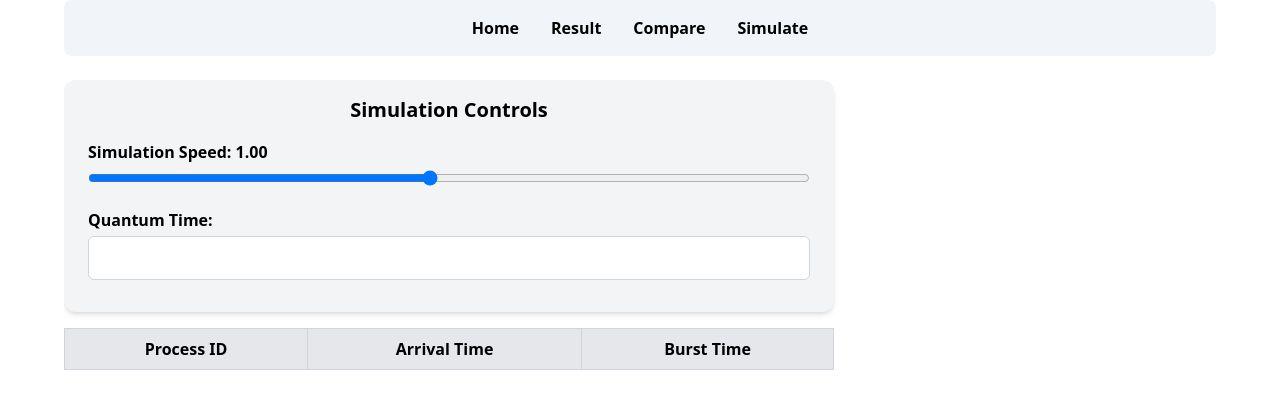
Repository: ujjwalkathait/Process_Scheduler
Page: /simulate
These files come from the project's save history. The page is drawn as it stood at one moment and after the next save; the edit follows.
The browser window is 1280 px wide. The pictures show the whole page.
The project was rebuilt for these pictures with package versions that can differ from the ones it lists, and the page was loaded fresh each time. Also part of the build but not shown: vite.config.js, src/components/CompareAlgorithmsChart.jsx, src/components/GanttChart.jsx, src/components/GanttChartTable.jsx, src/helpers/ComputeStatistics.js, src/algorithms/FCFS.js, src/algorithms/SJF.js, src/algorithms/Priority.js and 15 more.

Above is the page before, as saved 2025-05-16 08:44:36.

### index.html
<!doctype html>
<html lang="en">
  <head>
    <meta charset="UTF-8" />
    <link rel="icon" type="image/svg+xml" href="./src/assets/scheduling_favicon.jpeg" />
    <meta name="viewport" content="width=device-width, initial-scale=1.0" />
    <title>CPU Scheduling Algorithms Visualization</title>
  </head>
  <body>
    <div id="root"></div>
    <script type="module" src="/src/main.jsx"></script>
  </body>
</html>

### src/main.jsx
import ReactDOM from 'react-dom/client';
import { BrowserRouter } from 'react-router-dom';
import App from './App';
import React from 'react';
import './index.css';

ReactDOM.createRoot(document.getElementById('root')).render(
  <React.StrictMode>
    <App />
  </React.StrictMode>,
)

### src/App.jsx
import React, { useState } from 'react';
import { ToastContainer } from 'react-toastify';
import 'react-toastify/dist/ReactToastify.css';
import Compare from './pages/Compare';
import Home from './pages/Home';
import Result from './pages/Result';
import { Link, Route, BrowserRouter as Router, Routes } from 'react-router-dom';
import { ProcessProvider } from './context/ProcessContext';
import Simulate from './pages/Simulate';

function App() {

  return (
    <ProcessProvider>
      <Router>
        <div className="overflow-x-hidden mx-[5%] mb-[1rem]">
          <nav className="flex justify-center gap-8 p-4 bg-slate-100 rounded-lg">
            <Link to="/" className="font-semibold hover:underline">Home</Link>
            <Link to="/result" className="font-semibold hover:underline">Result</Link>
            <Link to="/compare" className="font-semibold hover:underline">Compare</Link>
            <Link to="/simulate" className="font-semibold hover:underline">Simulate</Link>
          </nav>
          <ToastContainer />
          <Routes>
            <Route path="/" element={<Home />} />
            <Route path="/result" element={<Result />} />
            <Route path="/compare" element={<Compare />} />
            <Route path="/simulate" element={<Simulate />} />

          </Routes>
        </div>
      </Router>
    </ProcessProvider>
  );
}

export default App

### src/index.css
@tailwind base;
@tailwind components;
@tailwind utilities;

input[type="number"] {
  @apply border border-gray-300 rounded-md;
  width: 100%;
  text-align: center;
  font-size: 1.1rem;
}

input[type="radio"] {
  @apply border border-gray-300 rounded-md;
  text-align: center;
  width: 30px;
  margin-top: 0.7rem;
}

.simulate {
  /* background: rgb(49,151,168); */
  letter-spacing: 0.15rem;
  font-weight: 900;
  font-size: 1rem;
}

.reset {
  letter-spacing: 0.08rem;
}

### src/context/ProcessContext.jsx
import React, { createContext, useState } from 'react';

export const ProcessContext = createContext();

export const ProcessProvider = ({ children }) => {
  const [arrivalTime, setArrivalTime] = useState();
  const [burstTime, setBurstTime] = useState();
  const [processId, setProcessID] = useState(1);
  const [processes, setProcesses] = useState([]);
  const [newProcesses, setUpdatedProcesses] = useState([]);
  const [updatedProcesses, setAnotherUpdatedProcesses] = useState([]);
  const [selectedAlgorithm, setSelectedAlgorithm] = useState(0);
  const [priority, setPriority] = useState();
  const [executed, setExecuted] = useState(false);
  const [statisticsData, setStatisticsData] = useState([]);

  const value = {
    arrivalTime,
    burstTime,
    processId,
    processes,
    newProcesses,
    updatedProcesses,
    selectedAlgorithm,
    priority,
    executed,
    statisticsData,
    setArrivalTime,
    setBurstTime,
    setProcessID,
    setProcesses,
    setUpdatedProcesses,
    setAnotherUpdatedProcesses,
    setSelectedAlgorithm,
    setPriority,
    setExecuted,
    setStatisticsData
  };

  return (
    <ProcessContext.Provider value={value}>
      {children}
    </ProcessContext.Provider>
  );
};

### src/pages/Simulate.jsx
import React, { useContext, useState } from 'react';
import { ProcessContext } from '../context/ProcessContext';
import InputTable from '../components/InputTable';
import SimulationControls from '../components/SimulationControls';

export default function Simulate() {
  const {
      processes,
      selectedAlgorithm,
    } = useContext(ProcessContext);
  const [simulationSpeed, setSimulationSpeed] = useState(1.0);
  const [timeQuantum, setTimeQuantum] = useState();

  const handleSimulate = () => { /* start simulation logic */ };
  const handlePause = () => { /* pause simulation logic */ };
  const handleForward = () => { /* forward step logic */ };
  const handleBack = () => { /* backward step logic */ };
  const handleExit = () => { /* cleanup / reset logic */ };

  return (
    <div className="w-full bg-white my-6 flex flex-row gap-10">
      <div className="space-y-4 col-span-1">
        <SimulationControls
          simulationSpeed={simulationSpeed}
          setSimulationSpeed={setSimulationSpeed}
          timeQuantum={timeQuantum}
          setTimeQuantum={setTimeQuantum}
        />
        <InputTable
          processes={processes}
          selectedAlgorithm={selectedAlgorithm}
        />
        {/* <ReadyQueue />
        <div className="space-y-2">
          <CPUStatus status="Idle" algorithm={selectedAlgorithm} />
          <StatsPanel stats={statisticsData} />
        </div> */}
      </div>

      {/* Right Panel */}
      {/* <div className="col-span-2 space-y-4">
        <NavigationButtons />
        <ProcessList />
        <GanttChart />
      </div> */}
    </div>
  );
}

### src/components/InputTable.jsx
import React from 'react'

const InputTable = ({selectedAlgorithm , processes}) => {
    let usesPriority = (selectedAlgorithm === 3 || selectedAlgorithm === 4 || selectedAlgorithm === 7);
  return (
    <table className="w-full border-collapse border border-gray-300 text-center">
        <thead>
            <tr className="bg-gray-200">
            <th className="border border-gray-300 px-4 py-2">Process ID</th>
            <th className="border border-gray-300 px-4 py-2">Arrival Time</th>
            <th className="border border-gray-300 px-4 py-2">Burst Time</th>
            {usesPriority && (
                <th className="border border-gray-300 px-4 py-2">Priority</th>
            )}
            </tr>
        </thead>
        <tbody>
            {processes.map((process, index) => (
            <tr key={process.processId} className="bg-white">
                <td className="border border-gray-300 px-4 py-2">P{index+1}</td>
                <td className="border border-gray-300 px-4 py-2">{process.arrivalTime}</td>
                <td className="border border-gray-300 px-4 py-2">{process.burstTime}</td>
                {usesPriority && (
                <td className="border border-gray-300 px-4 py-2">{process.priority}</td>
                )}
            </tr>
            ))}
        </tbody>
    </table>
  )
}

export default InputTable

### src/components/SimulationControls.jsx
import React, { useState } from 'react';

const SimulateControls = ({
  simulationSpeed,
  setSimulationSpeed,
  timeQuantum,
  setTimeQuantum,
//   onSimulate,
//   onPause,
//   onForward,
//   onBack,
//   onExit,
}) => {
  return (
    <div className="bg-gray-100 w-[770px] px-6 py-4 rounded-xl shadow-md">
      <h2 className="text-xl font-bold text-center mb-4">Simulation Controls</h2>

      {/* Simulation Speed Slider */}
      <div className="mb-4">
        <label className="block font-semibold mb-1">Simulation Speed: {simulationSpeed.toFixed(2)}</label>
        <input
          type="range"
          min="0.1"
          max="2.0"
          step="0.01"
          value={simulationSpeed}
          onChange={(e) => setSimulationSpeed(parseFloat(e.target.value))}
          className="w-full"
        />
      </div>

      {/* Quantum Time Input */}
      <div className="mb-4">
        <label className="block font-semibold mb-1">Quantum Time:</label>
        <input
          type="number"
          min="1"
          value={timeQuantum}
          onChange={(e) => setTimeQuantum(Number(e.target.value))}
          className="w-full p-2 border rounded"
        />
      </div>

      {/* Buttons */}
      {/* <div className="grid grid-cols-3 gap-4 mt-4">
        <button onClick={onPause} className="bg-yellow-600 hover:bg-yellow-700 text-white font-bold py-2 rounded">
          Pause
        </button>
        <button onClick={onBack} className="bg-gray-500 hover:bg-gray-600 text-white font-bold py-2 rounded">
          Back
        </button>
        <button onClick={onSimulate} className="bg-green-600 hover:bg-green-700 text-white font-bold py-2 rounded">
          Simulate
        </button>
        <button onClick={onForward} className="bg-blue-600 hover:bg-blue-700 text-white font-bold py-2 rounded">
          Forward
        </button>
        <button onClick={onExit} className="bg-red-600 hover:bg-red-700 text-white font-bold py-2 rounded col-span-2">
          Exit
        </button>
      </div> */}
    </div>
  );
};

export default SimulateControls;

Loaded but not shown: tailwind.config.js (common file)

After the next save:
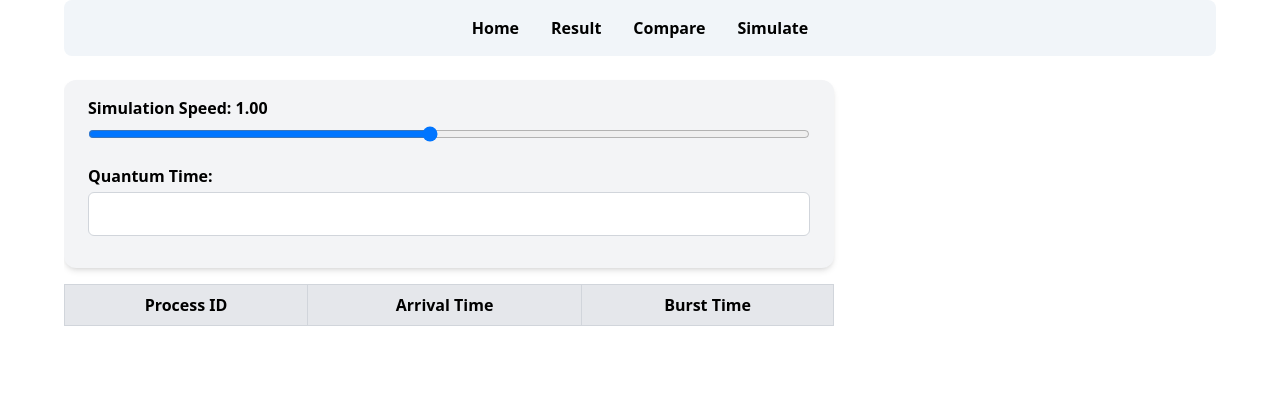
Saved 31 s later.
--- a/src/components/SimulationControls.jsx
+++ b/src/components/SimulationControls.jsx
@@ -13,7 +13,6 @@ const SimulateControls = ({
 }) => {
   return (
     <div className="bg-gray-100 w-[770px] px-6 py-4 rounded-xl shadow-md">
-      <h2 className="text-xl font-bold text-center mb-4">Simulation Controls</h2>
 
       {/* Simulation Speed Slider */}
       <div className="mb-4">
